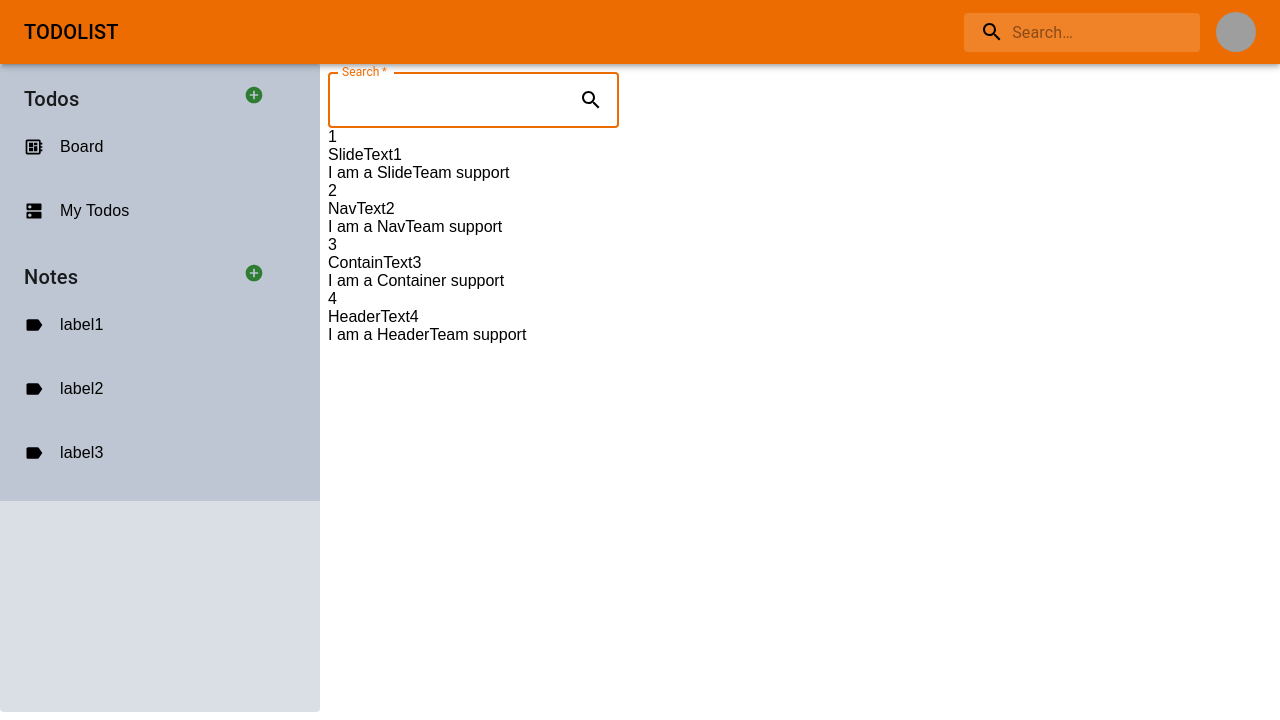
Repository: HrishrathTBS/Trackerbea
Page: / (app in client/)
The author's editor kept a copy of each file at every save. The page is drawn from the files as they stood at one save, then again after the next save.
The browser window is 1280 px wide. The pictures show the whole page.
Pictures or frames that could not be fetched are drawn as grey boxes. The project was rebuilt for these pictures with package versions that can differ from the ones it lists, and the page was loaded fresh each time. Also part of the build but not shown: client/src/components/TodoList.js, client/src/components/Board.js, client/src/components/ListOfBar.js, client/src/components/MyTodos.js, client/src/pages/Label/Label1.js, client/src/pages/Label/Label2.js, client/src/pages/Label/Label3.js.

Above is the page before, as saved 2022-03-10 18:09:42.

### client/public/index.html
<!DOCTYPE html>
<html lang="en">
  <head>
    <meta charset="utf-8" />
    <link rel="icon" href="%PUBLIC_URL%/favicon.ico" />
    <meta name="viewport" content="width=device-width, initial-scale=1" />
    <meta name="theme-color" content="#000000" />
    <meta
      name="description"
      content="Web site created using mernboilerplate"
    />
    <link rel="apple-touch-icon" href="%PUBLIC_URL%/logo192.png" />
    <!--
      manifest.json provides metadata used when your web app is installed on a
      user's mobile device or desktop. See https://developers.google.com/web/fundamentals/web-app-manifest/
    -->
    <link rel="manifest" href="%PUBLIC_URL%/manifest.json" />
    <!--
      Notice the use of %PUBLIC_URL% in the tags above.
      It will be replaced with the URL of the `public` folder during the build.
      Only files inside the `public` folder can be referenced from the HTML.

      Unlike "/favicon.ico" or "favicon.ico", "%PUBLIC_URL%/favicon.ico" will
      work correctly both with client-side routing and a non-root public URL.
      Learn how to configure a non-root public URL by running `npm run build`.
    -->
    <title>MERN App</title>
  </head>
  <body>
    <noscript>You need to enable JavaScript to run this app.</noscript>
    <div id="root"></div>
    <!--
      This HTML file is a template.
      If you open it directly in the browser, you will see an empty page.

      You can add webfonts, meta tags, or analytics to this file.
      The build step will place the bundled scripts into the <body> tag.

      To begin the development, run `npm start` or `yarn start`.
      To create a production bundle, use `npm run build` or `yarn build`.
    -->
  </body>
</html>

### client/src/App.js
import React from 'react';
import { BrowserRouter } from 'react-router-dom';
import AppRoutes from './UseRoutes';
import './App.css';
const App = () => {
  return (
    <>
      <BrowserRouter>{<AppRoutes />}</BrowserRouter>
    </>
  );
};

export default App;

### client/src/UseRoutes.js
import React from 'react';
import { useRoutes } from 'react-router-dom';
import Board from './components/Board';
import Layout from './components/Layout';
import MyTodos from './components/MyTodos';
import Label1 from './pages/Label/Label1';
import Label2 from './pages/Label/Label2';
import Label3 from './pages/Label/Label3';
const AppRoutes = () => {
  return useRoutes([
    {
      path: '',
      element: <Layout />,
      children: [
        {
          path: 'board',
          element: <Board />,
        },
        {
          path: 'mytodos',
          element: <MyTodos />,
        },
        {
          path: 'label1',
          element: <Label1 />,
        },
        {
          path: 'label2',
          element: <Label2 />,
        },
        {
          path: 'label3',
          element: <Label3 />,
        },
      ],
    },
  ]);
};

export default AppRoutes;

### client/src/App.css
* {
  padding: 0%;
  margin: 0%;
  box-sizing: border-box;
  font-family: sans-serif;
}

### client/src/components/Layout.js
import React from 'react';
import { Outlet } from 'react-router-dom';
import Filter from './Filter';
import Header from './Header';
import SideBar from './SideBar';

const Layout = () => {
  return (
    <>
      <Header />
      <div style={{ display: 'flex' }}>
        <SideBar />
        {<Outlet />}
        <Filter />
      </div>
    </>
  );
};

export default Layout;

### client/src/components/Filter.js
import { Box, Grid, TextField } from '@mui/material';
import React, { useState } from 'react';
import { teams_data } from './LabelData';
import SearchIcon from '@mui/icons-material/Search';
const Filter = () => {
  const [teams, setTeams] = useState([...teams_data]);
  const [search, setSearch] = useState('');

  const handleChange = (e) => {
    const test = teams.filter((team) => {
      return (
        team.HeaderText.toLowerCase().toUpperCase().includes(e.target.value.toLowerCase()) ||
        team.NotesText.toLowerCase().includes(e.target.value.toLowerCase()) ||
        team.TitleText.toLowerCase().includes(e.target.value.toLowerCase())
      );
    });
    setTeams(test);
    setSearch(e.target.value);
  };

  return (
    <>
      <Grid container m={1}>
        <Grid item xs={4}>
          <Box sx={{ display: 'flex', alignItems: 'center' }}>
            <TextField autoComplete='text' value={search} color='warning' variant='outlined' fullWidth id='search' label='Search' onChange={handleChange} autoFocus required />
            <SearchIcon sx={{ position: 'relative', right: '40px' }} />
          </Box>
          {teams.map((team) => (
            <>
              <p>{team.HeaderText}</p>
              <p>{team.TitleText}</p>
              <p>{team.NotesText}</p>
            </>
          ))}
        </Grid>
      </Grid>
    </>
  );
};

export default Filter;

### client/src/components/Header.js
import * as React from 'react';
import AppBar from '@mui/material/AppBar';
import Box from '@mui/material/Box';
import Toolbar from '@mui/material/Toolbar';
import IconButton from '@mui/material/IconButton';
import Typography from '@mui/material/Typography';
import Menu from '@mui/material/Menu';
import MenuIcon from '@mui/icons-material/Menu';
import Container from '@mui/material/Container';
import Avatar from '@mui/material/Avatar';
import Tooltip from '@mui/material/Tooltip';
import MenuItem from '@mui/material/MenuItem';
import SearchIcon from '@mui/icons-material/Search';
import { styled, alpha } from '@mui/material/styles';
import { InputBase } from '@mui/material';

const pages = ['Header'];
const settings = ['Profile', 'Account', 'Dashboard', 'Logout'];

const Search = styled('div')(({ theme }) => ({
  position: 'relative',
  borderRadius: theme.shape.borderRadius,
  backgroundColor: alpha(theme.palette.common.white, 0.15),
  '&:hover': {
    backgroundColor: alpha(theme.palette.common.white, 0.25),
  },
  marginRight: theme.spacing(2),
  marginLeft: 0,
  width: '100%',
  [theme.breakpoints.up('sm')]: {
    marginLeft: theme.spacing(3),
    width: 'auto',
  },
}));
const SearchIconWrapper = styled('div')(({ theme }) => ({
  padding: theme.spacing(0, 2),
  height: '100%',
  position: 'absolute',
  pointerEvents: 'none',
  color: 'black',
  display: 'flex',
  alignItems: 'center',
  justifyContent: 'center',
}));
const StyledInputBase = styled(InputBase)(({ theme }) => ({
  color: 'black',
  '& .MuiInputBase-input': {
    padding: theme.spacing(1, 1, 1, 0),
    paddingLeft: `calc(1em + ${theme.spacing(4)})`,
    transition: theme.transitions.create('width'),
    width: '100%',
    [theme.breakpoints.up('md')]: {
      width: '20ch',
    },
  },
}));

const Header = () => {
  const [anchorElNav, setAnchorElNav] = React.useState(null);
  const [anchorElUser, setAnchorElUser] = React.useState(null);

  const handleOpenNavMenu = (event) => {
    setAnchorElNav(event.currentTarget);
  };
  const handleOpenUserMenu = (event) => {
    setAnchorElUser(event.currentTarget);
  };

  const handleCloseNavMenu = () => {
    setAnchorElNav(null);
  };

  const handleCloseUserMenu = () => {
    setAnchorElUser(null);
  };

  return (
    <AppBar position='static' color='warning'>
      <Container maxWidth='xl'>
        <Toolbar disableGutters>
          <Typography variant='h6' noWrap component='div' sx={{ mr: 2, display: { xs: 'none', md: 'flex', color: 'black' } }}>
            TODOLIST
          </Typography>
          <Box sx={{ flexGrow: 1, display: { xs: 'flex', md: 'none' } }}>
            <IconButton size='large' aria-label='account of current user' aria-controls='menu-appbar' aria-haspopup='true' onClick={handleOpenNavMenu} color='inherit'>
              <MenuIcon />
            </IconButton>
            <Menu
              id='menu-appbar'
              anchorEl={anchorElNav}
              anchorOrigin={{
                vertical: 'bottom',
                horizontal: 'left',
              }}
              keepMounted
              transformOrigin={{
                vertical: 'top',
                horizontal: 'left',
              }}
              open={Boolean(anchorElNav)}
              onClose={handleCloseNavMenu}
              sx={{
                display: { xs: 'block', md: 'none' },
              }}
            >
              {pages.map((page) => (
                <MenuItem key={page} onClick={handleCloseNavMenu}>
                  <Typography textAlign='center'>{page}</Typography>
                </MenuItem>
              ))}
            </Menu>
          </Box>

          <Typography variant='h6' noWrap component='div' sx={{ flexGrow: 1, display: { xs: 'flex', md: 'none' } }}>
            TODOLIST
          </Typography>
          <Box sx={{ flexGrow: 1, display: { xs: 'none', md: 'flex' } }}></Box>
          <Search>
            <SearchIconWrapper>
              <SearchIcon />
            </SearchIconWrapper>
            <StyledInputBase placeholder='Search…' inputProps={{ 'aria-label': 'search' }} />
          </Search>
          <Box sx={{ flexGrow: 0 }}>
            <Tooltip title='Open settings'>
              <IconButton onClick={handleOpenUserMenu} sx={{ p: 0 }}>
                <Avatar alt='Remy Sharp' src='/static/images/avatar/2.jpg' />
              </IconButton>
            </Tooltip>
            <Menu
              sx={{ mt: '45px' }}
              id='menu-appbar'
              anchorEl={anchorElUser}
              anchorOrigin={{
                vertical: 'top',
                horizontal: 'right',
              }}
              keepMounted
              transformOrigin={{
                vertical: 'top',
                horizontal: 'right',
              }}
              open={Boolean(anchorElUser)}
              onClose={handleCloseUserMenu}
            >
              {settings.map((setting) => (
                <MenuItem key={setting} onClick={handleCloseUserMenu}>
                  <Typography textAlign='center'>{setting}</Typography>
                </MenuItem>
              ))}
            </Menu>
          </Box>
        </Toolbar>
      </Container>
    </AppBar>
  );
};
export default Header;

### client/src/components/SideBar.js
import * as React from 'react';
import Box from '@mui/material/Box';
import { styled, ThemeProvider, createTheme } from '@mui/material/styles';
import Divider from '@mui/material/Divider';
import List from '@mui/material/List';
import Paper from '@mui/material/Paper';
import ListItem from './ListItem';
import People from '@mui/icons-material/People';
import Dns from '@mui/icons-material/Dns';
import LabelIcon from '@mui/icons-material/Label';
import DeveloperBoardIcon from '@mui/icons-material/DeveloperBoard';
const FireNav = styled(List)({
  '& .MuiListItemButton-root': {
    paddingLeft: 24,
    paddingRight: 24,
  },
  '& .MuiListItemIcon-root': {
    minWidth: 0,
    marginRight: 16,
  },
  '& .MuiSvgIcon-root': {
    fontSize: 20,
  },
});

export default function CustomizedList() {
  const [open, setOpen] = React.useState(true);

  const DataItem = [
    {
      label: 'Todos',
      data: [
        { icon: <DeveloperBoardIcon />, label: 'Board', link: '/board' },
        { icon: <Dns />, label: 'My Todos ', link: '/mytodos' },
      ],
    },
    {
      label: 'Notes',
      data: [
        { icon: <LabelIcon />, label: 'label1', link: '/label1' },
        { icon: <LabelIcon />, label: 'label2 ', link: '/label2' },
        { icon: <LabelIcon />, label: 'label3 ', link: '/label3' },
      ],
    },
  ];

  return (
    <Box sx={{ display: 'flex', height: '90vh' }}>
      <ThemeProvider
        theme={createTheme({
          components: {
            MuiListItemButton: {
              defaultProps: {
                disableTouchRipple: true,
              },
            },
          },
          palette: {
            background: { paper: 'rgba(71, 98, 130, 0.2)' },
          },
        })}
      >
        <Paper elevation={0} sx={{ maxWidth: 370 }}>
          <FireNav component='nav' disablePadding>
            <Divider />
            <Box
              sx={{
                bgcolor: open ? 'rgba(71, 98, 130, 0.2)' : null,
                pb: open ? 2 : 0,
              }}
            >
              {DataItem.map(({ data, label }) => (
                <ListItem data={data} label={label} />
              ))}
            </Box>
          </FireNav>
        </Paper>
      </ThemeProvider>
    </Box>
  );
}

### client/src/components/LabelData.js
// export const teams_data = ['raju', 'ahesan', 'rishabh', 'khodu', 'parsan'];
export const teams_data = [
  {
    HeaderText: '1',
    TitleText: 'SlideText1',
    NotesText: 'I am a SlideTeam support',
  },
  {
    HeaderText: '2',
    TitleText: 'NavText2',
    NotesText: 'I am a NavTeam support',
  },
  {
    HeaderText: '3',
    TitleText: 'ContainText3',
    NotesText: 'I am a Container support',
  },
  {
    HeaderText: '4',
    TitleText: 'HeaderText4',
    NotesText: 'I am a HeaderTeam support',
  },
];

### client/src/components/ListItem.js
import { Box, ListItemIcon, ListItemText } from '@mui/material';
import ListItemButton from '@mui/material/ListItemButton';
import AddCircleIcon from '@mui/icons-material/AddCircle';
import KeyboardArrowDown from '@mui/icons-material/KeyboardArrowDown';
import React from 'react';

const ListItem = ({ data, label }) => {
  const [open, setOpen] = React.useState(true);
  return (
    <>
      <ListItemButton
        alignItems='flex-start'
        sx={{
          px: 3,
          pt: 2.5,
          pb: open ? 0 : 2.5,
          '&:hover, &:focus': { '& svg': { opacity: open ? 1 : 1 } },
        }}
      >
        <ListItemText
          primary={label}
          primaryTypographyProps={{
            fontSize: 20,
            width: '220px',
            fontWeight: 'medium',
            lineHeight: '20px',
            mb: '2px',
          }}
        />
        <AddCircleIcon color='success' />
        <KeyboardArrowDown
          onClick={() => setOpen(!open)}
          sx={{
            opacity: 1,
            px: 2,
            transform: open ? 'rotate(-180deg)' : 'rotate(0)',
            transition: '0.5s',
          }}
        />
      </ListItemButton>
      <Box>
        {open &&
          data &&
          data.map((item) => (
            <ListItemButton key={item.label} sx={{ py: 2, minHeight: 32, color: 'rgba(0,0,0,1)', justifyContent: 'flex-start' }}>
              <ListItemIcon sx={{ color: 'inherit' }}>{item.icon}</ListItemIcon>
              <ListItemText>
                <a href={item.link} style={{ textDecoration: 'none', color: 'black' }}>
                  {item.label}
                </a>
              </ListItemText>
            </ListItemButton>
          ))}
      </Box>
    </>
  );
};
export default ListItem;

Loaded but not shown: client/src/index.js (common file)

After the next save:
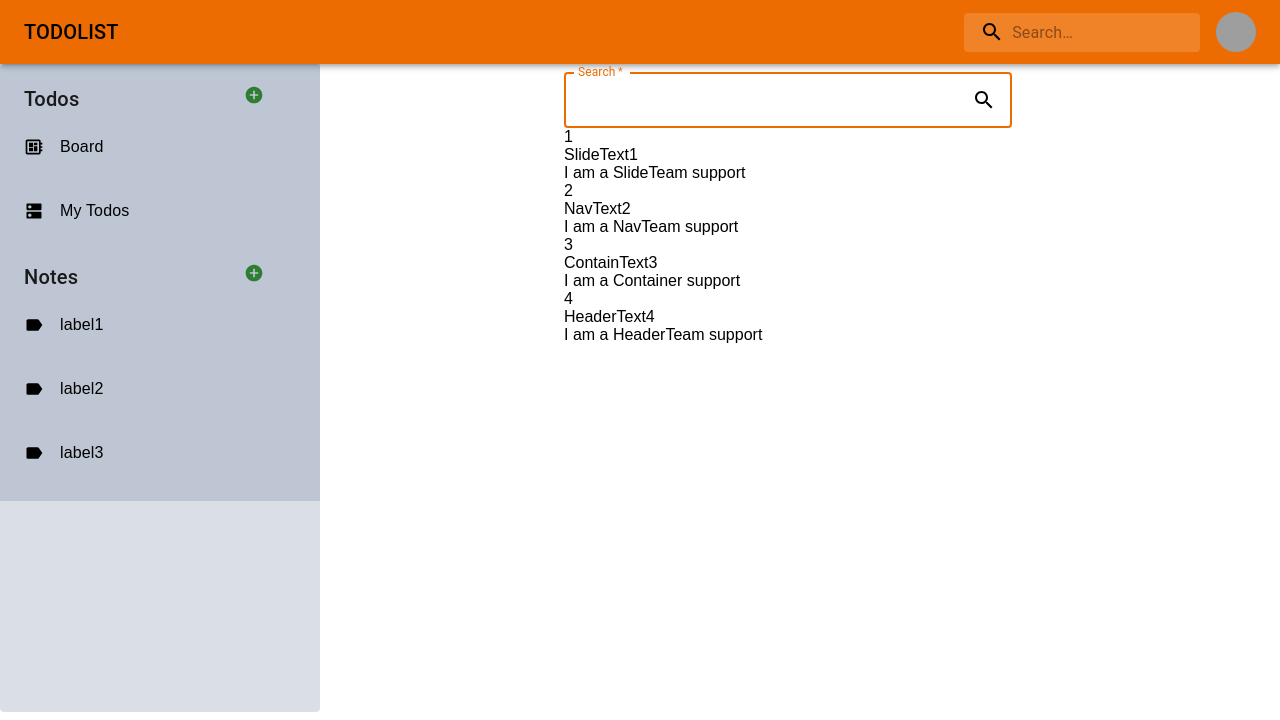
Saved 19 s later.
--- a/client/src/components/Filter.js
+++ b/client/src/components/Filter.js
@@ -20,8 +20,8 @@ const Filter = () => {
 
   return (
     <>
-      <Grid container m={1}>
-        <Grid item xs={4}>
+      <Grid container justifyContent='center' m={1}>
+        <Grid item xs={6}>
           <Box sx={{ display: 'flex', alignItems: 'center' }}>
             <TextField autoComplete='text' value={search} color='warning' variant='outlined' fullWidth id='search' label='Search' onChange={handleChange} autoFocus required />
             <SearchIcon sx={{ position: 'relative', right: '40px' }} />
